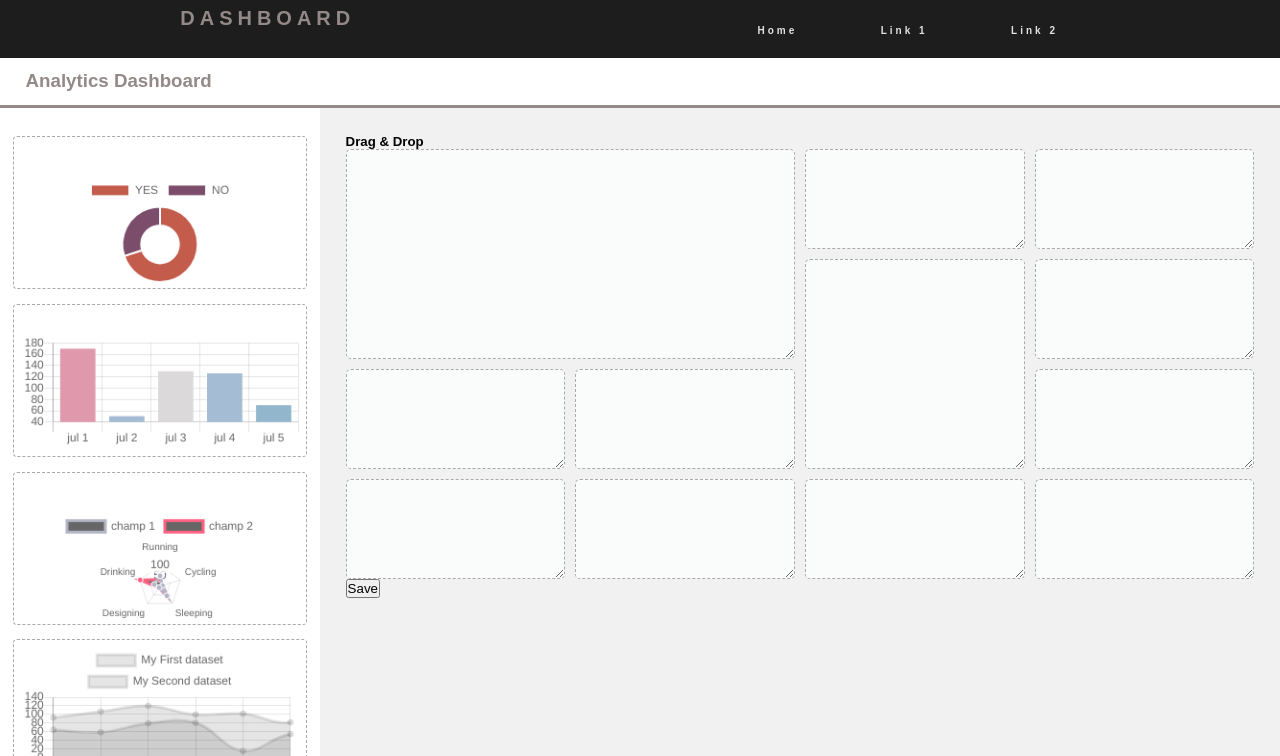
Repository: nourabdelhakam/drag-drop
Page: index.html
An editor plug-in stored every save of this project. The page is shown before and after the next save, followed by the edit.
The browser window is 1280 px wide. The pictures show the whole page.
Some web libraries are served in a nearby version.

Above is the page before, as saved 2020-07-05 06:33:26.

### index.html
<!DOCTYPE html>
<html lang="en">
<head>
    <meta charset="UTF-8">
    <meta name="viewport" content="width=device-width, initial-scale=1.0">
    <meta http-equiv="X-UA-Compatible" content="ie=edge">
    <title>Drag & Drop</title>

    <script src="https://cdn.jsdelivr.net/npm/chart.js@2.8.0"></script>

    <link rel="stylesheet" href="nav/nav.css">
    <link rel="stylesheet" href="css/main.css">
</head>
<body>

    <!-- <nav> -->
        <nav>
            <div class="logo">
                <h4>Dashboard</h4>
            </div>
            <ul class="nav-links">
                <li><a href="">Home</a></li>
                <li><a href="">Link 1</a></li>
                <li><a href="">Link 2</a></li>
            </ul>
            <div class="burger">
                <div class="line1"></div>
                <div class="line2"></div>
                <div class="line3"></div>
            </div>
        </nav>
      <!-- </nav> end of nav -->

      <section>
          <h3>Analytics Dashboard</h3>
          <div class="container">
            <div class="left">
                <div class="list">
                    <canvas  draggable="true"  class="list-item" id="myChart"></canvas>
                    <canvas  draggable="true"  class="list-item" id="myChart2"></canvas>
                    <canvas  draggable="true"  class="list-item" id="myChart3" ></canvas>
                    <canvas  draggable="true"  class="list-item" id="myChart4"></canvas>
                </div>
              </div>
              <div class="right">
                  <h5>Drag & Drop</h5>
                  <div class="wrapper" id="wrapper">
                    <div class="list">
                    </div>
                    <div class="list"></div>
                    <div class="list"></div>
                    <div class="list"></div>
                    <div class="list"></div>
                    <div class="list"></div>
                    <div class="list"></div>
                    <div class="list"></div>
                    <div class="list"></div>
                    <div class="list"></div>
                    <div class="list"></div>
                    <div class="list"></div>
                  </div>
                  <button class="btn" id="saveBtn">Save</button>
                  <button class="btn"  id="tempBtn" style="display: none;">Template</button>
              </div>
          </div>
      </section>
      <section>

      </section>

    <script src="main.js" type="text/javascript"></script>
    <script src="chart.js" type="text/javascript"></script>
    <script src="nav/nav.js" type="text/javascript"></script>
</body>
</html>

### nav/nav.css
nav {
    display: flex;
    justify-content: space-around;
    align-items: center;
    min-height: 8vh;
    background-color: #1D1D1D;
    font-family: "Poppins", sans-serif;
}
.logo {
    color: rgb(226, 226, 226);
    text-transform: uppercase;
    letter-spacing: 5px;
    font-size: 20px;
}
.nav-links {
    display: flex;
    justify-content: space-around;
    width: 30%;
}
.nav-links li {
    list-style: none;
}
.nav-links a {
    color: rgb(226, 226, 226);
    text-decoration: none;
    letter-spacing: 3px;
    font-weight: bold;
    font-size: 10px;
}
.burger {
    display: none;
    cursor: pointer;
}
.burger div {
    width: 25px;
    height: 3px;
    background-color: rgb(226, 226, 226);
    margin: 5px;
    transition: all 0.3s ease;
}


@media screen and (max-width:1024px) {
    .nav-links {
        width: 60%;
    }
}

@media screen and (max-width:768px) {

    body {
        overflow-x: hidden;
    }
    .nav-links {
        position: absolute;
        right: 0px;
        height: 92vh;
        top: 8vh;
        background-color: #1D1D1D;
        display: flex;
        flex-direction: column;
        align-items: center;
        width: 50%;
        transform: translatex(100%);
        transition: transform 0.5s ease-in;
    }
    .nav-links li {
        opacity: 0;
    }
    .burger {
        display: block;
    }
}

.nav-active {
    transform: translatex(0%);
}

@keyframes navLinkFade {
    from {
        opacity: 0;
        transform: translatex(50%);
    }
    to {
        opacity: 1;
        transform: translatex(0%);
    }
}

.toggle .line1 {
    transform: rotate(-45deg) translate(-5px, 6px);
}
.toggle .line2 {
    opacity: 0;
}
.toggle .line3 {
    transform: rotate(45deg) translate(-5px, -6px);
}

.landing {
    height: 90vh;
    display: flex;
    justify-content: center;
    align-items: center;
}
.landing h1 {
    margin: 100px;
    font-size: 50px;
    color: #ae5fce;
}

### css/main.css
* {
    margin: 0;
    padding: 0;
    box-sizing: border-box;
}
body {
    font-family: Arial, Helvetica, sans-serif;
}
h3, h4, a {
    color: rgb(148, 137, 137);
}
h3 {
    padding: 1% 2%;
}
h4 {
    margin-bottom: 1em;
}
.container {
    border-top: 3px solid rgb(148, 137, 137);
}
.left {
    width: 25%;
    height: 90vh;
    float: left;
    padding: 1%;
    overflow:hidden;
    overflow-y:scroll;
}
.right {
    width: 75%;
    height: 90vh;
    float: left;
    padding: 2%;
    background-color: #F1F1F1;
}

.list-item {
    /* background-color: #F3F3F3; */
    border-radius: 4px;
    border: 1px dashed darkgrey;
    padding: 5px 5px;
    text-align: center;
    margin: 5% 0;
    /* height: 100%;
    width: 100%; */
    cursor: pointer;
}
canvas {
    height: 100%;
    width: 100%;
}
img {
    height: 100%;
    width: 100%;
}

.wrapper > div {
    border: 1px dashed darkgrey;
    border-radius: 5px;
    background-color: #FAFBFB;
    /* background-image: url('/img/1.png'); */
    resize: both;
    overflow: auto;
}
.wrapper {
  display: grid;
  grid-template-columns: repeat(4, 1fr);
  grid-auto-rows: 100px;
  grid-gap: 10px;
}
 .wrapper div:nth-child(2) {
   grid-column: 3;
   grid-row: 2 / 4;
}
 .wrapper div:nth-child(5) {
   grid-column: 1 / 3;
   grid-row: 1 / 3;
}
.plus-button {
	border: 2px solid lightgrey;
	background-color: #fff;
	font-size: 16px;
	height: 2.5em;
	width: 2.5em;
	border-radius: 999px;
    position: relative;

}

.plus-button:after,
.plus-button:before {
		content: "";
		display: block;
		background-color: grey;
		position: absolute;
		top: 50%;
		left: 50%;
        transform: translate(-50%, -50%);

	}

	.plus-button:before {
		height: 1em;
		width: 0.2em;
	}

	.plus-button:after {
		height: 0.2em;
		width: 1em;
	}


.plus-button--small {
	font-size: 12px;
}

### main.js
const list_items = document.querySelectorAll(".list-item");
const lists = document.querySelectorAll(".list");

// //localStorage
// const wrapper = document.getElementById('wrapper').innerHTML;
// const saveBtn = document.getElementById("saveBtn");
// const tempPreview = document.getElementById('tempPreview');
// const tempBtn =  document.getElementById('tempBtn');
// saveBtn.addEventListener("click", function () {
//   var template = localStorage.getItem("template");
//   console.log(template);

//   if (template)
//     var c = confirm("There is a saved template, Do you want to overwrite it?");


//   if (c == true || !template) {

// 	let itemsArray = JSON.stringify(wrapper);
// 	localStorage.setItem("template", itemsArray);
// 	tempBtn.style.display = "block"

// 	// tempPreview.innerHTML = wrapper;
//   }
// });

// tempPreview.addEventListener('click',function(){
// 	itemsArray = JSON.parse(localStorage.getItem('template'));
// 	 wrapper.innerHTML = itemsArray ;
// })

// const data = JSON.parse(localStorage.getItem('items'))
// //localStorage

let draggedItem = null;

for (let i = 0; i < list_items.length; i++) {
  const item = list_items[i];
  console.log(item.id);
  item.addEventListener("dragstart", function () {
    draggedItem = item;
    console.log(item.id);

    setTimeout(function () {
      item.style.display = "none";
    }, 0);
  });

  item.addEventListener("dragend", function () {
    setTimeout(function () {
      draggedItem.style.display = "block";
      draggedItem.style.padding = "0";
      draggedItem.style.margin = "0";
      draggedItem.style.height = "100%";
      draggedItem.style.width = "100%";
      draggedItem = null;
    }, 0);
  });

  for (let j = 0; j < lists.length; j++) {
    const list = lists[j];

    list.addEventListener("dragover", function (e) {
      e.preventDefault();
    });

    list.addEventListener("dragenter", function (e) {
      e.preventDefault();
      this.style.backgroundColor = "#FFFFFF";
    });

    list.addEventListener("dragleave", function (e) {
      this.style.backgroundColor = "#F9FDFF";
    });

    list.addEventListener("drop", function (e) {
      console.log("drop");
      console.log(item);

      this.append(draggedItem);
      this.style.backgroundColor = "#FFFFFF";
    });
  }
}

### chart.js

let data1 = [70, 30];
let colors1 = ['#C45C4B', '#7B4D6A']
let labels1 = ['YES', 'NO'];

let myChart1 = document.getElementById("myChart").getContext('2d');

let chart1 = new Chart(myChart1, {
    type: 'doughnut',
    data: {
        labels: labels1,
        datasets: [ {
            data: data1,
            backgroundColor: colors1
        }]
    },
    options: {
        title: {
            Text: "Do you like doughnuts?",
            display: true,

        }
    }
});

let labels2 = ['jul 1', 'jul 2', 'jul 3', 'jul 4', 'jul 5'];
let data2 = [170, 50.5, 130, 126.3, 70];
let colors2 = ['#E099AC', '#A4BCD3', '#DCD9DA', '#A4BCD4', '#92B6CB']

let myChart2 = document.getElementById("myChart2").getContext('2d');

let chart2 = new Chart(myChart2, {
    type: 'bar',
    data: {
        labels: labels2,
        datasets: [ {
            data: data2,
            backgroundColor: colors2,

        }]
    },
    options: {
        title: {
            Text: "Do you like doughnuts?",
            display: true
        },
        legend: {
            display: false
        }
    }
});

let labels3 = ['Running', 'Cycling', 'Sleeping', 'Designing', 'Drinking'];

let myChart3 = document.getElementById("myChart3").getContext('2d');

let chart3 = new Chart(myChart3, {
    type: 'radar',
    data: {
        labels: labels3,
        datasets: [
            {
                label: 'champ 1',
                fill: true,
                backgroundColor: "rgba(179, 181, 198, 0,2)",
                borderColor: "rgba(179, 181, 198, 1)",
                pointBorderColor: "#fff",
                pointBackgroundColor: "rgba(179, 181, 198, 1)",
                data: [50, 12, 55, 7, 29]
            },
            {
                label: 'champ 2',
                fill: true,
                backgroundColor: "rgba(355, 99, 132, 0,2)",
                borderColor: "rgba(355, 99, 132, 1)",
                pointBorderColor: "#fff",
                pointBackgroundColor: "rgba(355, 99, 132, 1)",
                data: [33, 14, 58, 9, 99]
            },
        ]
    },
    options: {
        title: {
            Text: "Skills",
            display: true
        }
    }
});

// let labels4 = ['Germany', 'France', 'UK', 'Italy', 'spain', 'others(23)'];
// let data4 = [50, 20, 30, 83, 77, 88];
// let colors4 = ['#F59F3A', '#E74C9A', '#C22BA7', '#05C4ED', '#7e4a35', '#dbceb0']

// let myChart4 = document.getElementById("myChart4").getContext('2d');

// let chart4 = new Chart(myChart4, {
//     type: 'pie',
//     data: {
//         labels: labels4,
//         datasets: [ {
//             data: data4,
//             backgroundColor: colors4,
//         }]
//     },
//     options: {
//         title: {
//             Text: "Population of the European Union",
//             display: true
//         }
//     }
// });


let labels4 = ['jan', 'feb', 'mar', 'apr', 'may', 'jun'];

let myChart4 = document.getElementById("myChart4").getContext('2d');
let chart4 = new Chart(myChart4, {
    type: 'line',
    data: {
        labels: labels4,
        datasets: [
            {
                label: "My First dataset",
                fillColor: "rgba(220,220,220,0.2)",
                strokeColor: "rgba(220,220,220,1)",
                pointColor: "rgba(220,220,220,1)",
                pointStrokeColor: "#fff",
                pointHighlightFill: "#fff",
                pointHighlightStroke: "rgba(220,220,220,1)",
                data: [65, 59, 80, 81, 16, 55, 40]
            },
            {
                label: "My Second dataset",
                fillColor: "rgba(151,187,205,0.2)",
                strokeColor: "rgba(151,187,205,1)",
                pointColor: "#EA8971",
                pointStrokeColor: "#fff",
                pointHighlightFill: "#fff",
                pointHighlightStroke: "rgba(151,187,205,1)",
                data: [28, 48, 40, 19, 86, 27, 90]
            }
        ]
    },
    options: {
        scales: {
            yAxes: [{
                stacked: true
            }]
        }
    }
});

### nav/nav.js
const navSlide = () => {
    const burger = document.querySelector('.burger');
    const nav = document.querySelector('.nav-links');
    const navLinks = document.querySelectorAll('.nav-links li');


    burger.addEventListener('click', () => {

        //Toggle Nav
        nav.classList.toggle('nav-active');

        //Animate Links
        navLinks.forEach((link, index) => {

            if (link.style.animation) {
                link.style.animation = '';
            } else {
                link.style.animation = `navLinkFade 0.5s ease forwards ${index / 7 + 0.3}s`;
            }

        });

        //Burger Animation
        burger.classList.toggle('toggle');
    });

}

navSlide();

After the next save:
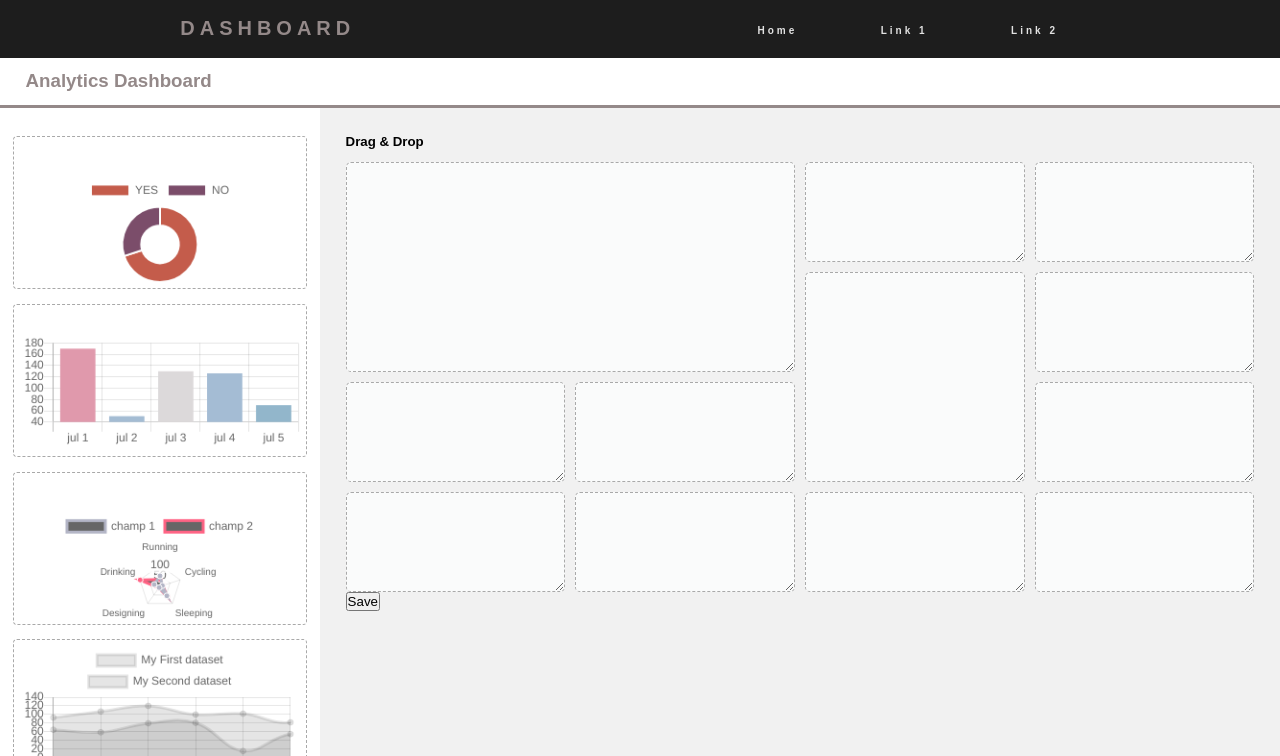
Saved 3 s later.
--- a/css/main.css
+++ b/css/main.css
@@ -12,7 +12,7 @@ h3, h4, a {
 h3 {
     padding: 1% 2%;
 }
-h4 {
+h5 {
     margin-bottom: 1em;
 }
 .container {
